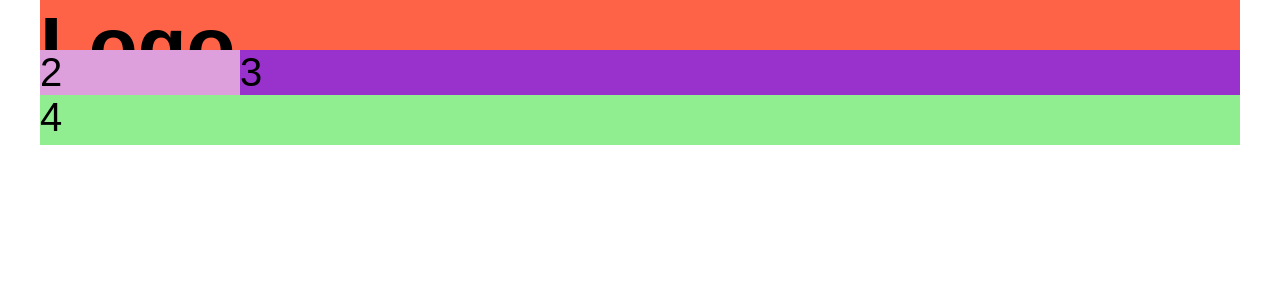
Repository: danilodscosta/CursoHTML
Page: aula1/aulascss.html
An editor plug-in stored every save of this project. The page is shown before and after the next save, followed by the edit.
The browser window is 1280 px wide. The pictures show the whole page.

Above is the page before, as saved 2024-01-18 19:59:12.

### aula1/aulascss.html
<!DOCTYPE html>
<html lang="pt-BR">

<head>
    <meta charset="utf-8">
    <meta name="viewport" content="width=device-width, inital-scale=1.0">
    <title>Aulas CSS</title>
    <link rel="stylesheet" href="assets/css/aulasstyle.css">
</head>



<body>
    <div class="container">
        <div class="grid">
            <div>
                <h1>Logo</h1>
            </div>
            <div>2</div>
            <div>3</div>
            <div>4</div>
        </div>
    </div>

</body>
</html>

### aula1/assets/css/aulasstyle.css
/*
ID Classes, atributos e pseudo-classes  Elementos e pseudo-elementos
*/

* {
    margin: 0;
    padding: 0;
    box-sizing: border-box;
}


body {
    font-family: sans-serif;
    font-size: 40px;
}

.container {
    max-width: 1200px;
    margin: 0 auto;
}

.grid {
    display: grid;
    grid-template-rows: 50px 1fr 50px;
    grid-template-columns: 200px 1fr;
    grid-template-areas:
        'header header'
        'nav main'
        'footer footer';
}

.grid div:nth-child(1) {
    grid-area: header;
    background: tomato;
}

.grid div:nth-child(2) {
    grid-area: nav;
    background: plum;
}

.grid div:nth-child(3) {
    grid-area: main;
    background: darkorchid;
}

.grid div:nth-child(4) {
    grid-area: footer;
    background: lightgreen;
}


@media all and (max-width: 568px) {
    .grid .col {
        width: 100%;
    }
}

@media all and (min-width: 569px) and (max-width: 768px) {
    .grid .col {
        width: 50%;
    }
}

@media all and (min-width: 769px) and (max-width: 1200px) {
    .grid .col {
        width: 33.33%;
    }
}

@media all and (min-width: 1201px) and (max-width: 2400px) {
    .grid .col {
        width: 25%;
    }
}

After the next save:
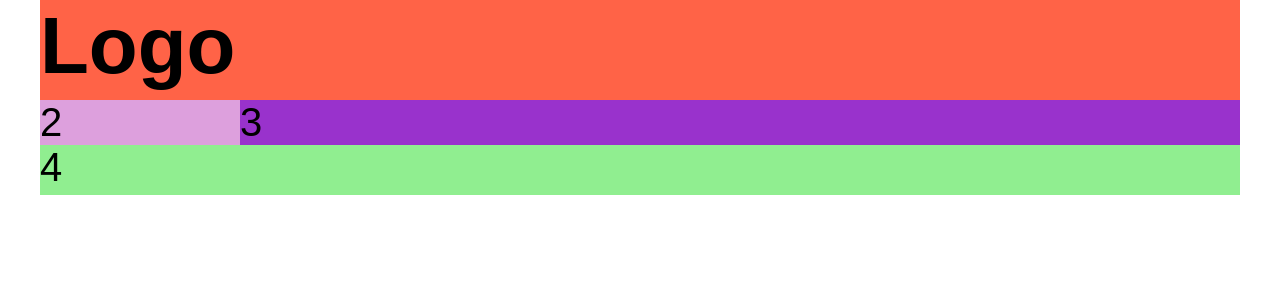
Saved 20 s later.
--- a/aula1/assets/css/aulasstyle.css
+++ b/aula1/assets/css/aulasstyle.css
@@ -21,7 +21,7 @@ body {
 
 .grid {
     display: grid;
-    grid-template-rows: 50px 1fr 50px;
+    grid-template-rows: 100px 1fr 50px;
     grid-template-columns: 200px 1fr;
     grid-template-areas:
         'header header'
